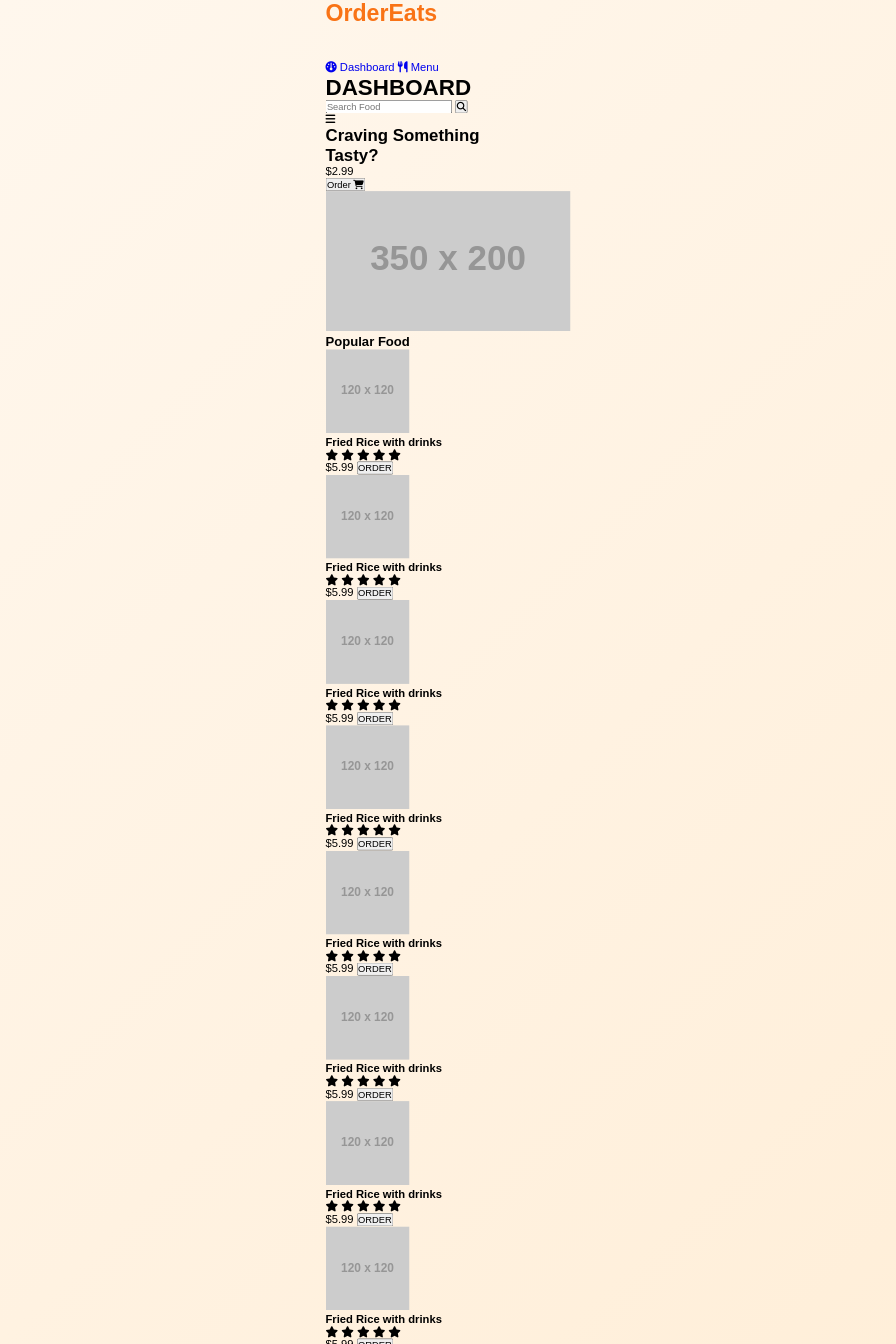
Repository: iverliz/canteen-system
Page: http://localhost/users/dashboard.php
An editor plug-in stored every save of this project. The page is shown before and after a run of saves, followed by the edit.
The browser window is 1280 px wide. The pictures show the part of the page from y = 0 to 1920 px (the page is 2544 px tall before and 3102 px after), at 70% of full size.
The page is run by PHP 8.4 with error messages shown; the project is at /var/www/html/.

Above is the page before, as saved 2026-08-19 15:09:03.

After the next 2 saves:
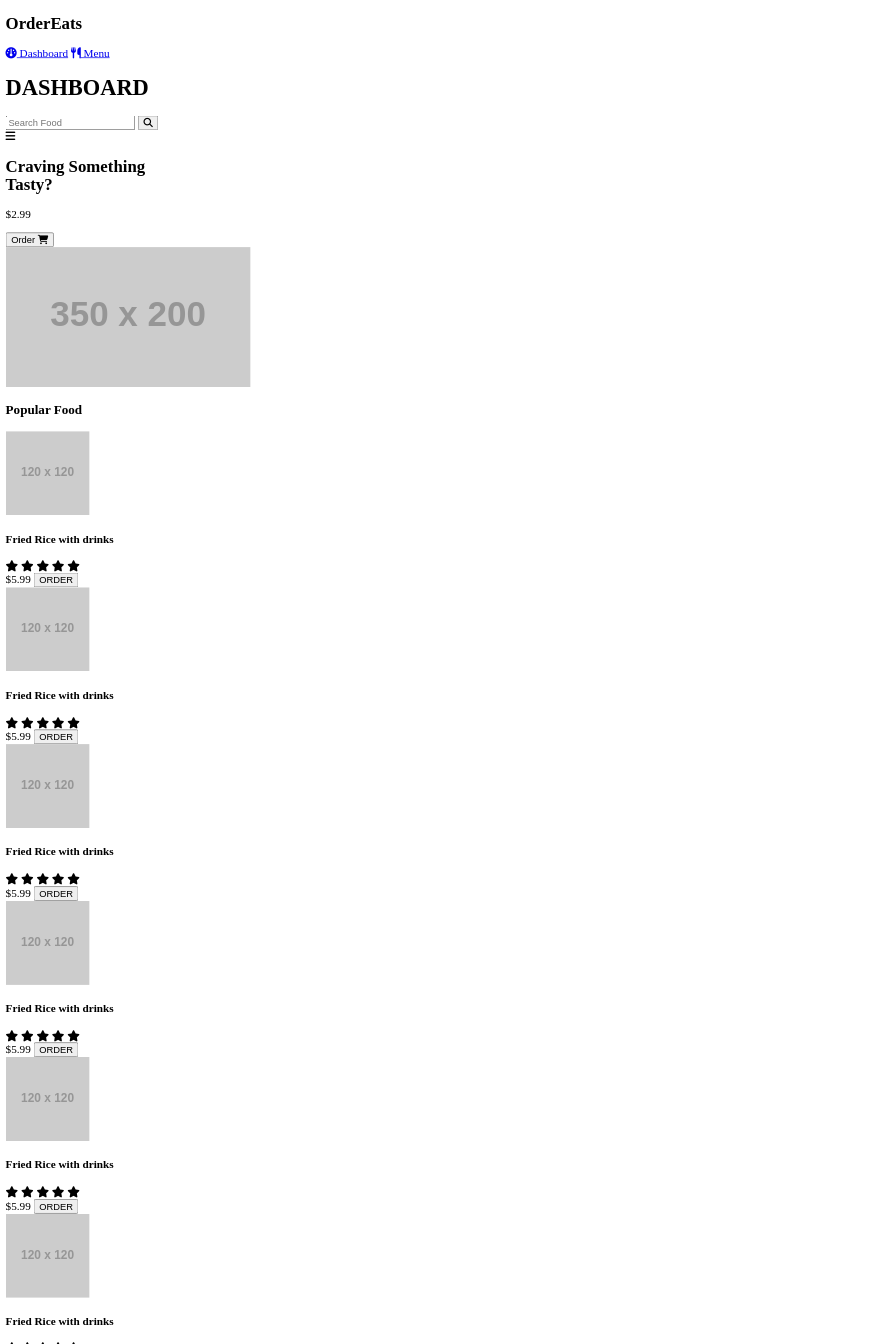
Not found: users/dashboard.css
The 2 saves are shown as one change because they came seconds apart.
The last was saved 12 s later.
--- a/users/dashboard.php
+++ b/users/dashboard.php
@@ -6,7 +6,7 @@
     <title>OrderEats Dashboard</title>
     <!-- Font Awesome for Icons -->
     <link rel="stylesheet" href="https://cdnjs.cloudflare.com/ajax/libs/font-awesome/6.4.0/css/all.min.css">
-    <link rel="stylesheet" href="style.css">
+    <link rel="stylesheet" href="dashboard.css">
 </head>
 <body>
 
